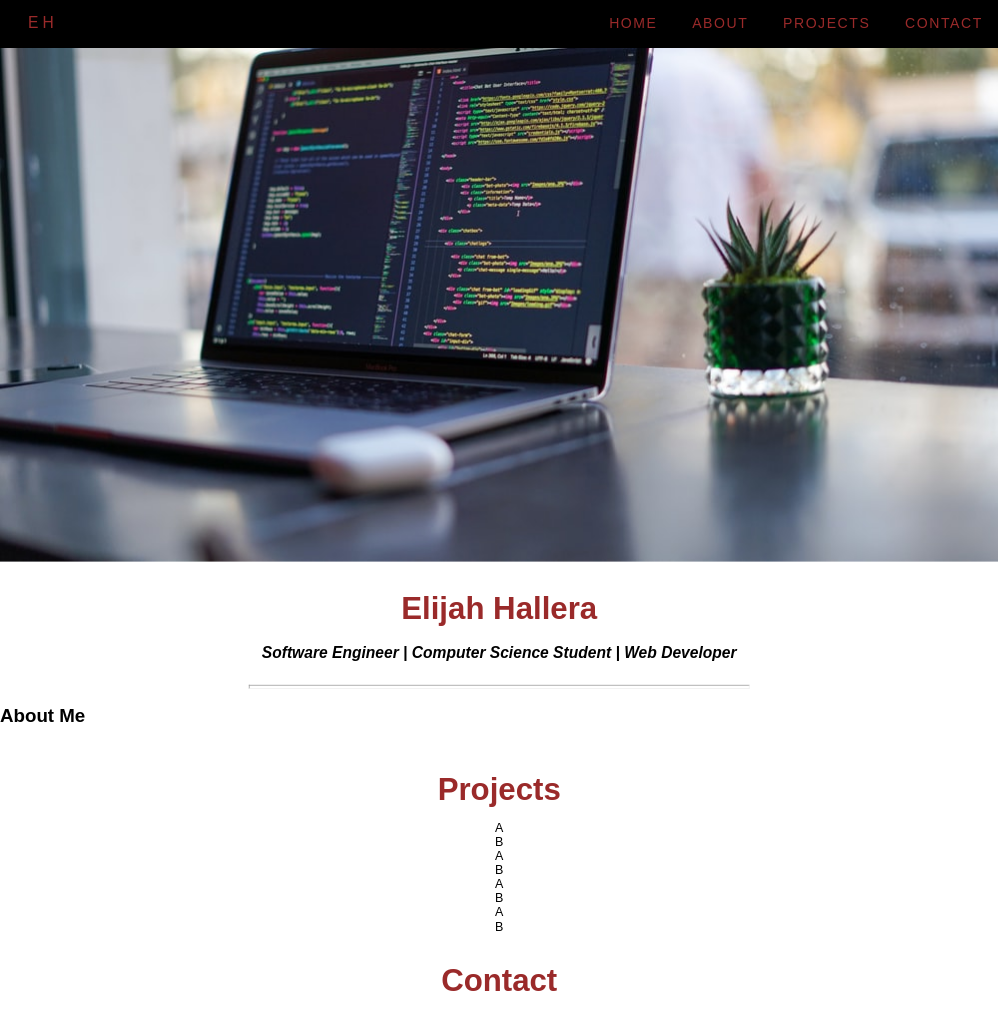
Repository: ElijahHallera/ElijahHallera.github.io
Page: http://localhost/
The author's editor kept a record of every edit. The page is drawn from the files as they stood at one moment, then again after the next edit.
The browser window is 1280 px wide. The pictures show the whole page, at 78% of full size.
Backgrounds fixed to the window are drawn as part of the page. The page is served by the project's Node server (index.js).

Above is the page before.

### views/Homepage.ejs
<%- include ('partials/header'); -%>

<!--

<div class="bg">
	<div class="centered">

		<div class="borderlines">
			<h3> Elijah Hallera </h3>
			<h2> Software Developer/Engineer</h2>
		</div>

		<nav>
			<a href= "/"> <button class="button btn btn-default"> Home </button></a>
			<a href= "/about"> <button class="button btn btn-default"> About </button></a>
			<a href= "/projects"> <button class="button btn btn-default"> Projects </button></a>
			<a href= "/contact"><button class="button btn btn-default"> Contact </button></a>
			</br>
			<a href="https://github.com/ElijahHallera"> <img class="gitIcon" src="images/git2.png"></a>
			<a href="https://www.linkedin.com/in/elijah-hallera-892278199/"><img class="linkedIcon" src="images/LinkedInLogo.png"></a>
		</nav>
	</div>

</div>

-->

<!-- NEW TEMPLATE FOR WEBSITE -->
<div class="wrapper" id="home">
	<header>
		<nav>
			<div class="websiteLogo">
				<a class="Logo" href="#home"> EH </a>
			</div>
			<div class="menu">
				<ul>
					<li><a href="#home">Home</a></li>
					<li><a href="#about">About</a></li>
					<li><a href="#projects">Projects</a></li>
					<li><a href="#contact">Contact</a></li>
				</ul>
			</div>
		</nav>
	</header>

	<div id="about" class="container">
		</br>
		<div class="content">
			<h1>Elijah Hallera</h1>
			<h4>Software Engineer | Computer Science Student | Web Developer</h4>
			<hr>
		</div>
		<div>
			<h2>About Me</h2>
		</div>
	</div>

	<div id="projects">
		</br>
		<div class="content">
			<h1>Projects</h1>
		</div>
		<div class="row">
			<div class="column"> A </div>
			<div class="column"> B </div>
			<div class="column"> A </div>
			<div class="column"> B </div>
		</div>
		<div class="row">
			<div class="column"> A </div>
			<div class="column"> B </div>
			<div class="column"> A </div>
			<div class="column"> B </div>
		</div>
	</div>

	<div id="contact">
		</br>
		<div class="content">
			<h1>Contact</h1>
		</div>
	</div>

</div>

### views/partials/header.ejs
<!DOCTYPE html>
<html>

  <head>
    <title>Hallera Portfolio</title>
    <meta charset="UTF-8">
    <meta name="viewport" content="width=device-width, initial-scale=1.0">
		<link rel='stylesheet' type='text/css' href='app.css'>
		<link rel="stylesheet" href="https://cdnjs.cloudflare.com/ajax/libs/font-awesome/4.7.0/css/font-awesome.min.css">
  </head>

  <body>

### index.js
/* App Configuration */
var express = require('express');
var methodOverride = require('method-override');

var app = express();
var port = process.env.PORT || 8080;

app.use(express.static('public'));
app.set('view engine', 'ejs');

/* Home Route */
app.get('/', function(req, res){
    res.render('Homepage');
});

app.get('/about', function(req, res){
    res.render('About');
});

app.get('/projects', function(req, res){
    res.render('Projects');
});

app.get('/contact', function(req, res){
    res.render('Contact');
});

/* Error Route*/
app.get('*', function(req, res){
   res.render('error');
});

app.listen(port, () => console.log(`Listening on port ${port}`));

### public/app.css
html, body{
  margin: 0;
  padding: 0;
  width: 100%;
}

html{
  scroll-behavior: smooth;
}

body{
  font-family: sans-serif;
}

header{
  width: 100%;
  height: 100vh;
  background-image: url("images/prog.jpg");
  background-repeat: no-repeat;
  background-size: cover;
  background-attachment: fixed;
}

h1{
  text-align: center;
  color: #9A2A2A;
}

h3{
  text-align: center;
}

h4{
  text-align: center;
  font-style: italic;
}

p{
  padding-left: 10px;
  padding-right: 10px;
}

nav{
  position: fixed;
  width: 100%;
  background-color: black;
}

nav ul{
  list-style: none;
  overflow: hidden;
  color: white;
  padding: 0;
  text-align: right;
  margin: 0;
}

nav.black ul{
  background: #000;
}

nav ul li{
  display: inline-block;
  padding: 20px;
}

nav ul li a{
  text-decoration: none;
  color: #9A2A2A;
  font-size: 18px;
  font-family: sans-serif;
  text-transform: uppercase;
  letter-spacing: 2px;
}

a.Logo{
  color: #9A2A2A;
  text-decoration: none;
}

hr{
  position: relative;
  width: 50%;
  height: 3px
}

.centered{
  position: fixed;
  top: 25%;
  left: 50%;
  transform: translate(-50%, -50%);
}

.content{
  width: 100%;
  font-size: 20px;
  line-height: 30px;
  text-align: justify;
}

.gitIcon{
  padding-top: 15px;
  width: 25px;
  height: auto;
  text-align: center;
}

.linkedIcon{
  padding-top: 15px;
  width: 25px;
  height: auto;
  text-align: center;
}

.profilePicture{
  position: center;
  height: 50%;
  width: 50%;
}

.websiteLogo{
  position: fixed;
  float: left;
  color: white;
  margin: 18px 36px;
  text-transform: uppercase;
  letter-spacing: 5px;
  font-size: 20px;
}

.row{
  text-align: center;
}

After the next edit:
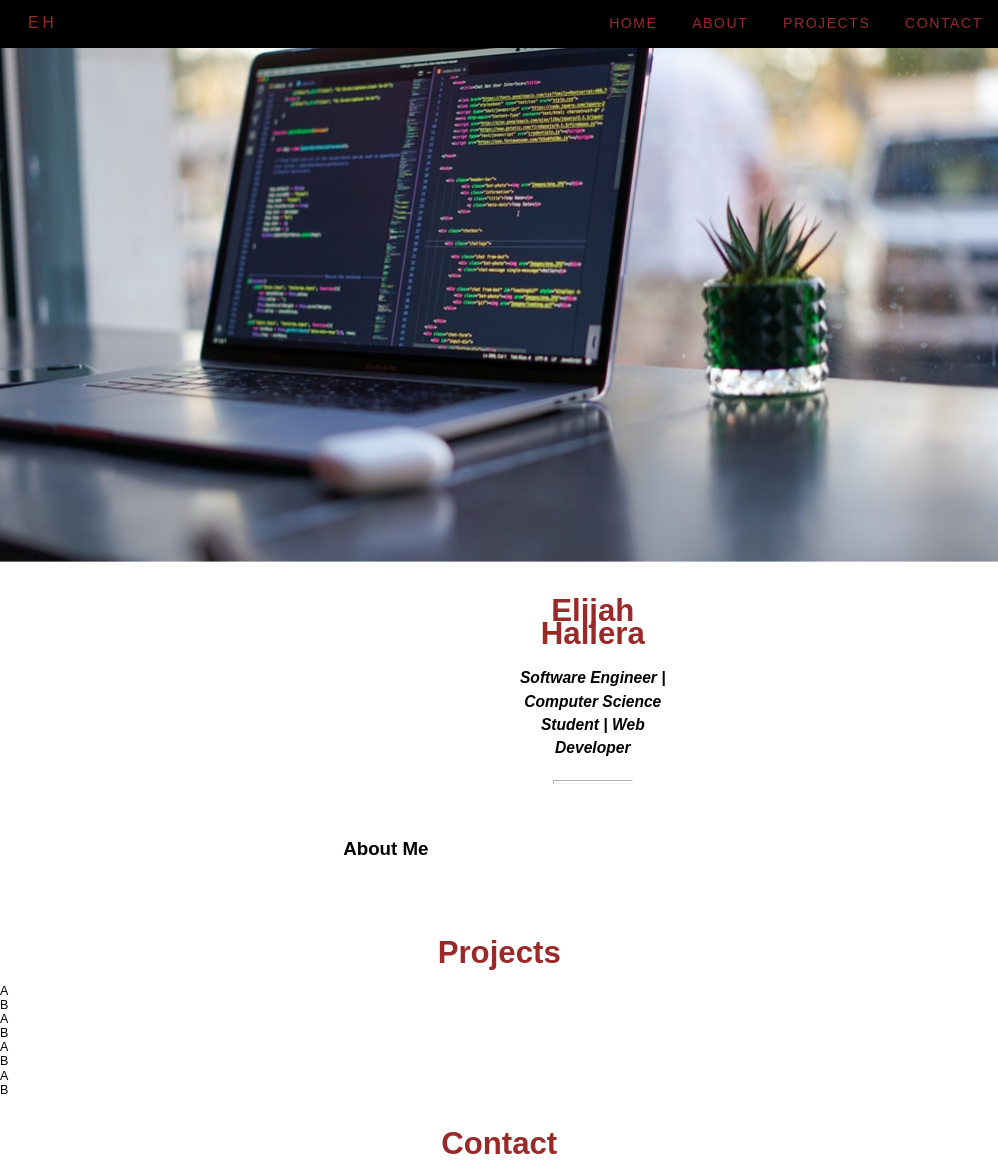
The edit:
--- a/public/app.css
+++ b/public/app.css
@@ -128,6 +128,25 @@
   font-size: 20px;
 }
 
-.row{
-  text-align: center;
+.container{
+  margin: 20px auto;
+  width:400px;
+  height:400px;
+  background-color:#fff;
+  display:grid;
+  grid-template-columns: 200px 200px;
+  grid-row: auto auto;
+  grid-column-gap: 20px;
+  grid-row-gap: 20px;
+  .box{
+    background-color:#333;
+    padding:20px;
+    border-radius:10px;
+    color:#fff;
+    display:flex;
+    align-items:center;
+    justify-content:center;
+    font-size:40px;
+    font-family:sans-serif;
+  }
 }
